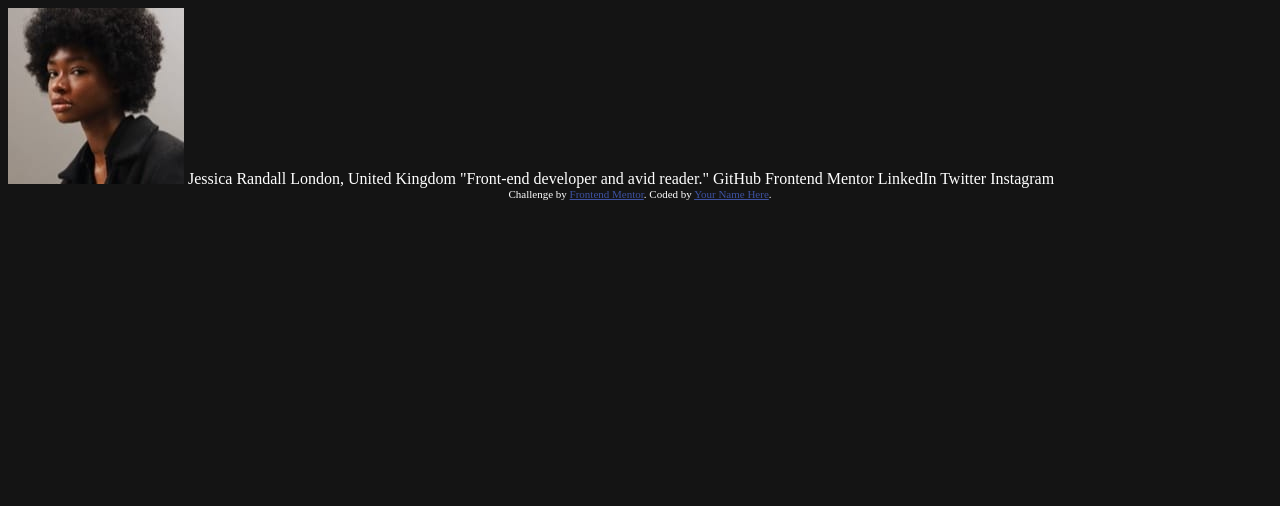
Repository: RudyJ/social-links-profile
Page: index.html
The author's editor kept a copy of each file at every save. The page is drawn from the files as they stood at one save, then again after the next save.
The browser window is 1280 px wide. The pictures show the whole page.

Above is the page before, as saved 2024-04-02 19:15:19.

After the next save:
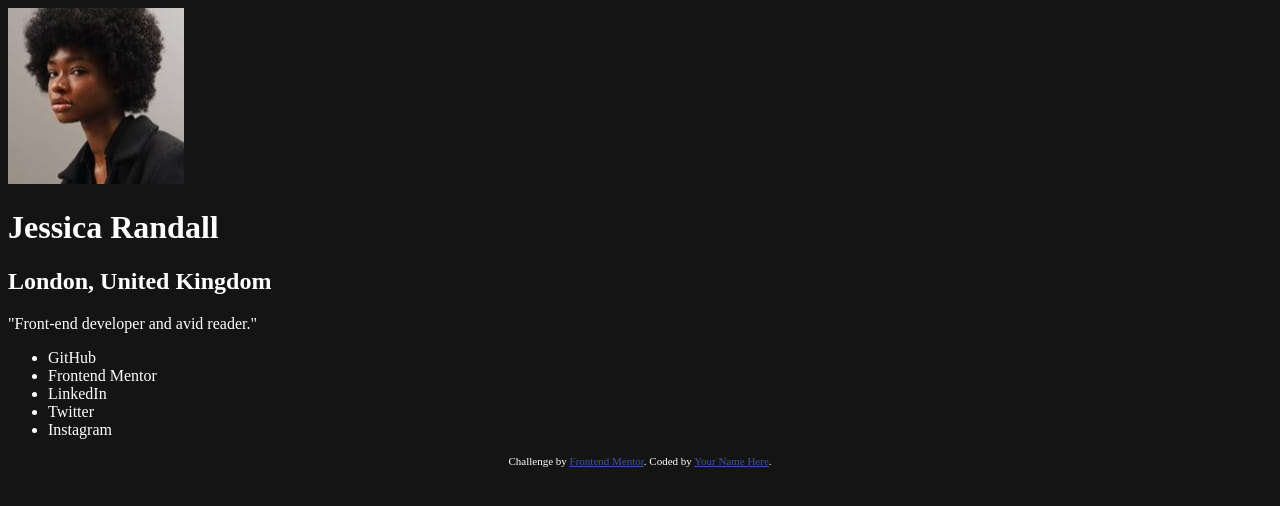
Saved 6 min 14 s later.
--- a/index.html
+++ b/index.html
@@ -17,17 +17,19 @@
 </head>
 <body>
 
-  <img src="./assets/images/avatar-jessica.jpeg" />
-
-  Jessica Randall
-  London, United Kingdom
-  "Front-end developer and avid reader."
-
-  GitHub
-  Frontend Mentor
-  LinkedIn
-  Twitter
-  Instagram
+  <div class="card">
+    <img src="./assets/images/avatar-jessica.jpeg" />
+    <h1>Jessica Randall</h1>
+    <h2>London, United Kingdom</h2>
+    <p>"Front-end developer and avid reader."</p>
+    <ul>
+      <li>GitHub</li>
+      <li>Frontend Mentor</li>
+      <li>LinkedIn</li>
+      <li>Twitter</li>
+      <li>Instagram</li>
+    </ul>
+  </div>
 
   <div class="attribution">
     Challenge by <a href="https://www.frontendmentor.io?ref=challenge" target="_blank">Frontend Mentor</a>.
